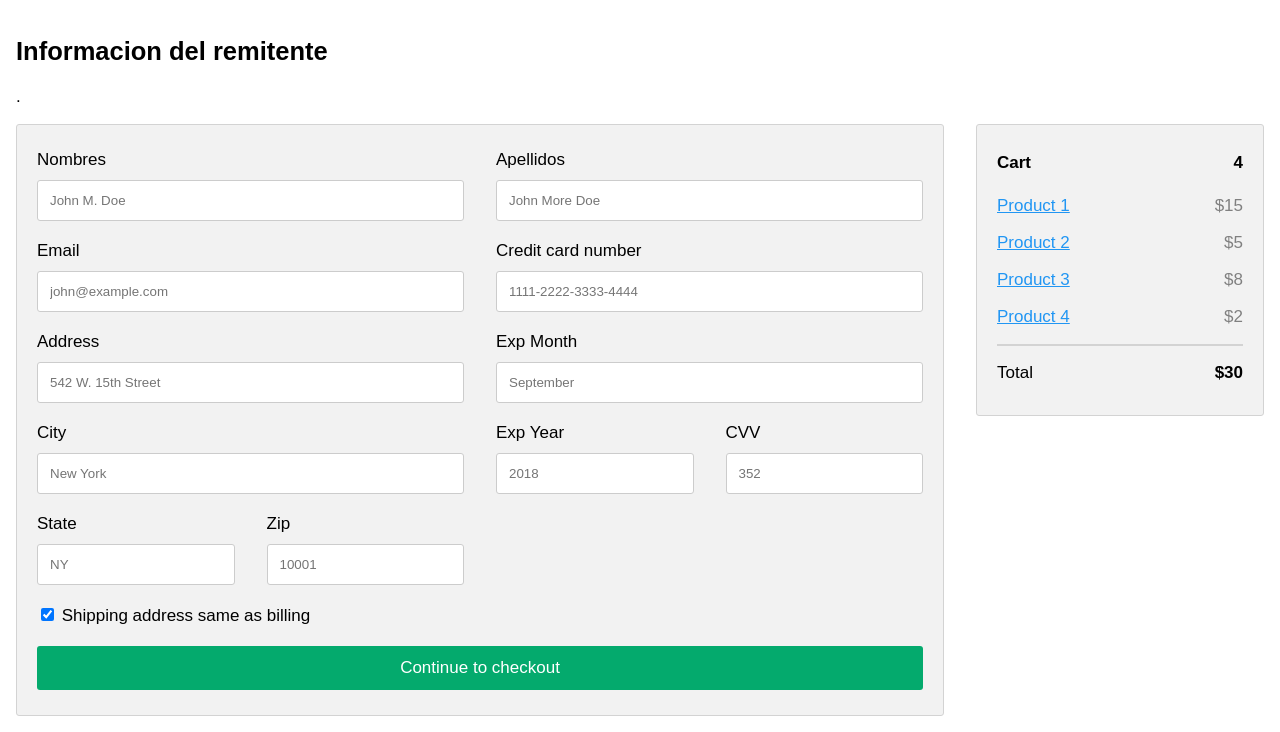
Repository: SennovaFluvial/Trasnfluvial
Page: appFluvial/templates/card1.html
An editor plug-in stored every save of this project. The page is shown before and after the next save, followed by the edit.
The browser window is 1280 px wide. The pictures show the whole page.
The template is drawn by Django 3.2. The application's start-up code is not run. Other server files are loaded and not shown. The template is opened directly, without the code that normally fills it, so the values that code supplies are empty.

Above is the page before, as saved 2023-10-13 17:04:53.

### appFluvial/templates/card1.html
<!DOCTYPE html>
<html>
<head>
<meta name="viewport" content="width=device-width, initial-scale=1">
<!--link rel="stylesheet" href="https://cdnjs.cloudflare.com/ajax/libs/font-awesome/4.7.0/css/font-awesome.min.css"-->
<style>
body {
  font-family: Arial;
  font-size: 17px;
  padding: 8px;
}

* {
  box-sizing: border-box;
}

.row {
  display: -ms-flexbox; /* IE10 */
  display: flex;
  -ms-flex-wrap: wrap; /* IE10 */
  flex-wrap: wrap;
  margin: 0 -16px;
}

.col-25 {
  -ms-flex: 25%; /* IE10 */
  flex: 25%;
}

.col-50 {
  -ms-flex: 50%; /* IE10 */
  flex: 50%;
}

.col-75 {
  -ms-flex: 75%; /* IE10 */
  flex: 75%;
}

.col-25,
.col-50,
.col-75 {
  padding: 0 16px;
}

.container {
  background-color: #f2f2f2;
  padding: 5px 20px 15px 20px;
  border: 1px solid lightgrey;
  border-radius: 3px;
}

input[type=text] {
  width: 100%;
  margin-bottom: 20px;
  padding: 12px;
  border: 1px solid #ccc;
  border-radius: 3px;
}

label {
  margin-bottom: 10px;
  display: block;
}

.icon-container {
  margin-bottom: 20px;
  padding: 7px 0;
  font-size: 24px;
}

.btn {
  background-color: #04AA6D;
  color: white;
  padding: 12px;
  margin: 10px 0;
  border: none;
  width: 100%;
  border-radius: 3px;
  cursor: pointer;
  font-size: 17px;
}

.btn:hover {
  background-color: #45a049;
}

a {
  color: #2196F3;
}

hr {
  border: 1px solid lightgrey;
}

span.price {
  float: right;
  color: grey;
}

/* Responsive layout - when the screen is less than 800px wide, make the two columns stack on top of each other instead of next to each other (also change the direction - make the "cart" column go on top) */
@media (max-width: 800px) {
  .row {
    flex-direction: column-reverse;
  }
  .col-25 {
    margin-bottom: 20px;
  }
}
</style>
</head>
<body>

<h2>Informacion del remitente</h2>
<p>.</p>
<div class="row">
  <div class="col-75">
    <div class="container">
      <form action="/action_page.php">

        <div class="row">
          <div class="col-50">
            <h3>  </h3>
            <label for="fname"><i class="fa fa-user"></i> Nombres</label>
            <input type="text" id="fname" name="firstname" placeholder="John M. Doe">
            <label for="email"><i class="fa fa-envelope"></i> Email</label>
            <input type="text" id="email" name="email" placeholder="john@example.com">
            <label for="adr"><i class="fa fa-address-card-o"></i> Address</label>
            <input type="text" id="adr" name="address" placeholder="542 W. 15th Street">
            <label for="city"><i class="fa fa-institution"></i> City</label>
            <input type="text" id="city" name="city" placeholder="New York">

            <div class="row">
              <div class="col-50">
                <label for="state">State</label>
                <input type="text" id="state" name="state" placeholder="NY">
              </div>
              <div class="col-50">
                <label for="zip">Zip</label>
                <input type="text" id="zip" name="zip" placeholder="10001">
              </div>
            </div>
          </div>

          <div class="col-50">
            <h3>  </h3>

            <label for="cname">Apellidos</label>
            <input type="text" id="cname" name="cardname" placeholder="John More Doe">
            <label for="ccnum">Credit card number</label>
            <input type="text" id="ccnum" name="cardnumber" placeholder="1111-2222-3333-4444">
            <label for="expmonth">Exp Month</label>
            <input type="text" id="expmonth" name="expmonth" placeholder="September">
            <div class="row">
              <div class="col-50">
                <label for="expyear">Exp Year</label>
                <input type="text" id="expyear" name="expyear" placeholder="2018">
              </div>
              <div class="col-50">
                <label for="cvv">CVV</label>
                <input type="text" id="cvv" name="cvv" placeholder="352">
              </div>
            </div>
          </div>

        </div>
        <label>
          <input type="checkbox" checked="checked" name="sameadr"> Shipping address same as billing
        </label>
        <input type="submit" value="Continue to checkout" class="btn">
      </form>
    </div>
  </div>
  <div class="col-25">
    <div class="container">
      <h4>Cart <span class="price" style="color:black"><i class="fa fa-shopping-cart"></i> <b>4</b></span></h4>
      <p><a href="#">Product 1</a> <span class="price">$15</span></p>
      <p><a href="#">Product 2</a> <span class="price">$5</span></p>
      <p><a href="#">Product 3</a> <span class="price">$8</span></p>
      <p><a href="#">Product 4</a> <span class="price">$2</span></p>
      <hr>
      <p>Total <span class="price" style="color:black"><b>$30</b></span></p>
    </div>
  </div>
</div>

</body>
</html>

After the next save:
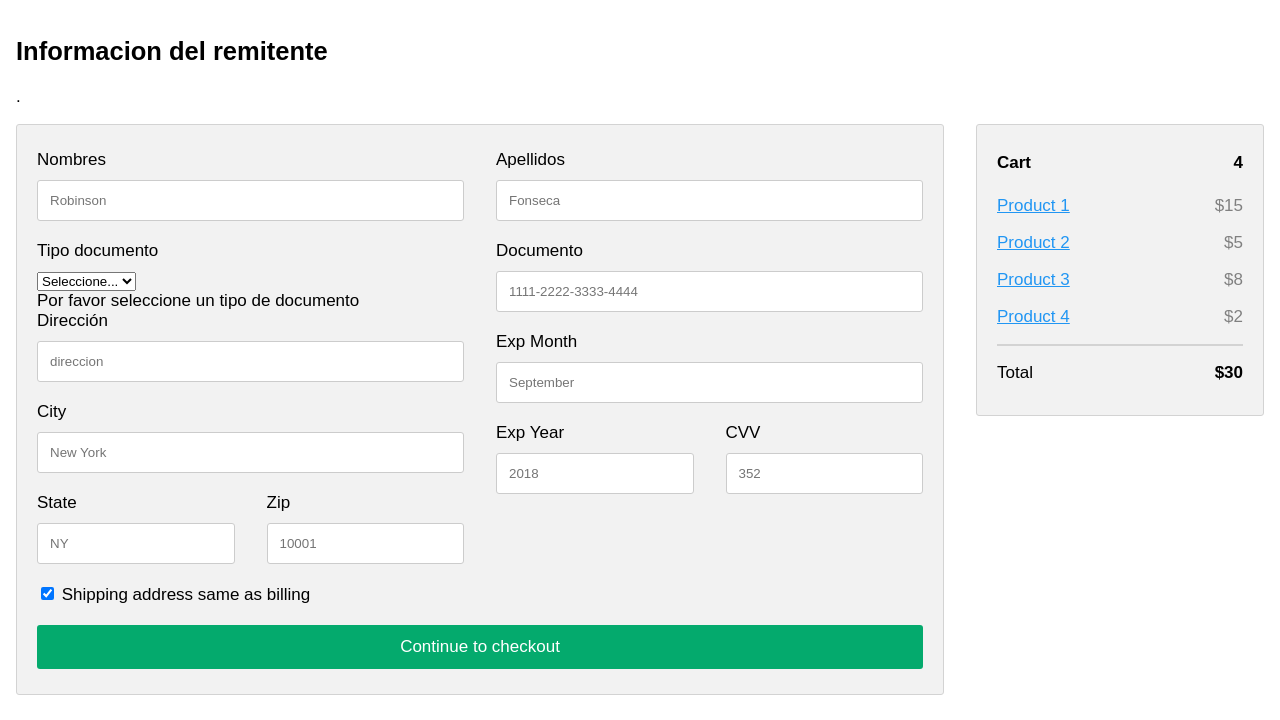
Saved 10 min 4 s later.
--- a/appFluvial/templates/card1.html
+++ b/appFluvial/templates/card1.html
@@ -122,11 +122,23 @@ span.price {
           <div class="col-50">
             <h3>  </h3>
             <label for="fname"><i class="fa fa-user"></i> Nombres</label>
-            <input type="text" id="fname" name="firstname" placeholder="John M. Doe">
-            <label for="email"><i class="fa fa-envelope"></i> Email</label>
-            <input type="text" id="email" name="email" placeholder="john@example.com">
-            <label for="adr"><i class="fa fa-address-card-o"></i> Address</label>
-            <input type="text" id="adr" name="address" placeholder="542 W. 15th Street">
+            <input type="text" id="fname" name="firstname" placeholder="Robinson">
+            <div class="col-md-5 mb-3">
+                <label for="tipodocumento">Tipo documento</label>
+                <select class="custom-select d-block w-100" id="tipodocumento" required="">
+                  <option value="">Seleccione...</option>
+                  <option>CC</option>
+                  <option>CE</option>
+                  <option>Pasaporte</option>
+                </select>
+                <div class="invalid-feedback">
+                  Por favor seleccione un tipo de documento
+                </div>
+              </div>
+            <!--label for="email"><i class="fa fa-envelope"></i> Email</label>
+            <input type="text" id="email" name="email" placeholder="john@example.com"-->
+            <label for="adr"><i class="fa fa-address-card-o"></i> Dirección</label>
+            <input type="text" id="adr" name="address" placeholder="direccion">
             <label for="city"><i class="fa fa-institution"></i> City</label>
             <input type="text" id="city" name="city" placeholder="New York">
 
@@ -144,10 +156,9 @@ span.price {
 
           <div class="col-50">
             <h3>  </h3>
-
             <label for="cname">Apellidos</label>
-            <input type="text" id="cname" name="cardname" placeholder="John More Doe">
-            <label for="ccnum">Credit card number</label>
+            <input type="text" id="cname" name="cardname" placeholder="Fonseca">
+            <label for="ccnum">Documento</label>
             <input type="text" id="ccnum" name="cardnumber" placeholder="1111-2222-3333-4444">
             <label for="expmonth">Exp Month</label>
             <input type="text" id="expmonth" name="expmonth" placeholder="September">
